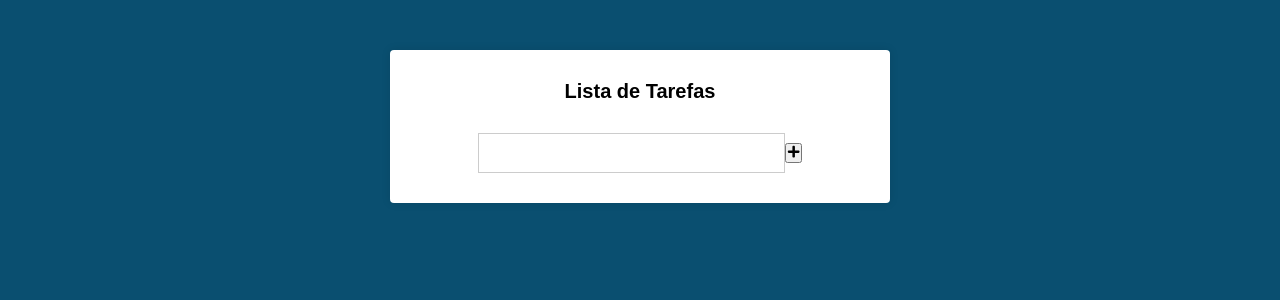
Repository: FellipeMiguel/lista-de-tarefas
Page: /
These files come from the project's save history. The page is drawn as it stood at one moment and after the next save; the edit follows.
The browser window is 1280 px wide. The pictures show the whole page.
The project was rebuilt for these pictures with package versions that can differ from the ones it lists, and the page was loaded fresh each time.

Above is the page before, as saved 2023-06-14 23:30:14.

After the next save:
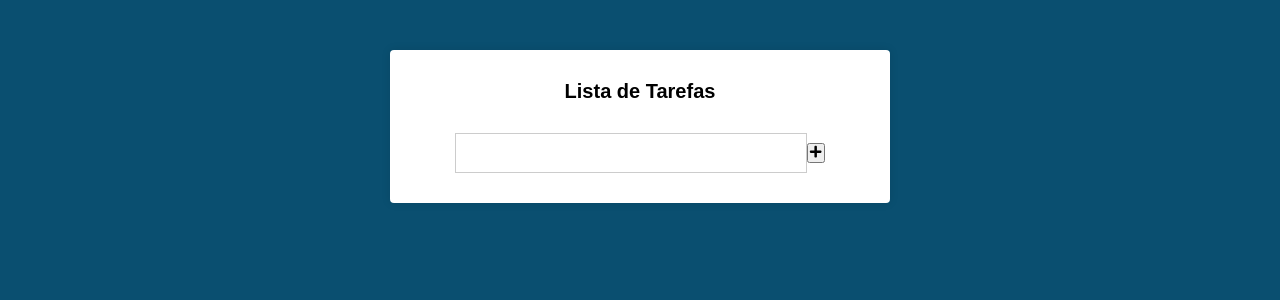
Saved 10 s later.
--- a/src/components/Main.css
+++ b/src/components/Main.css
@@ -24,4 +24,5 @@
   padding: 0 20px;
   font-size: 20px;
   border: 1px solid #ccc;
+  min-width: 80%;
 }
